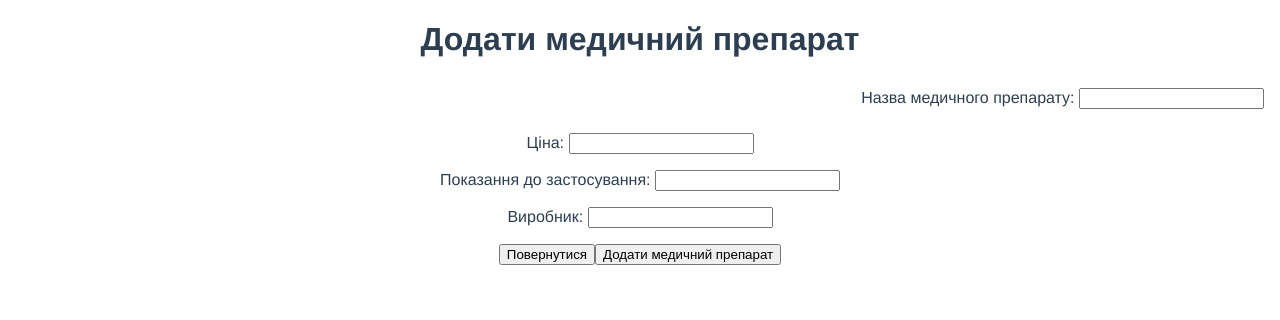
Repository: kristinap8/pharmacy
Page: /add_medicine
The author's editor kept a copy of each file at every save. The page is drawn from the files as they stood at one save, then again after the next save.
The browser window is 1280 px wide. The pictures show the whole page.
The project was rebuilt for these pictures with package versions that can differ from the ones it lists, and the page was loaded fresh each time. Also part of the build but not shown: src/components/EditMedicineForm/index.vue, src/pages/EditMedicine/index.vue, src/components/MedicinesList/MedicineCard/index.vue, src/components/MedicinesList/index.vue, src/pages/AllMedicines/index.vue, src/components/CartForm/index.vue, src/pages/Cart/index.vue.

Above is the page before, as saved 2020-12-09 23:27:31.

After the next save:
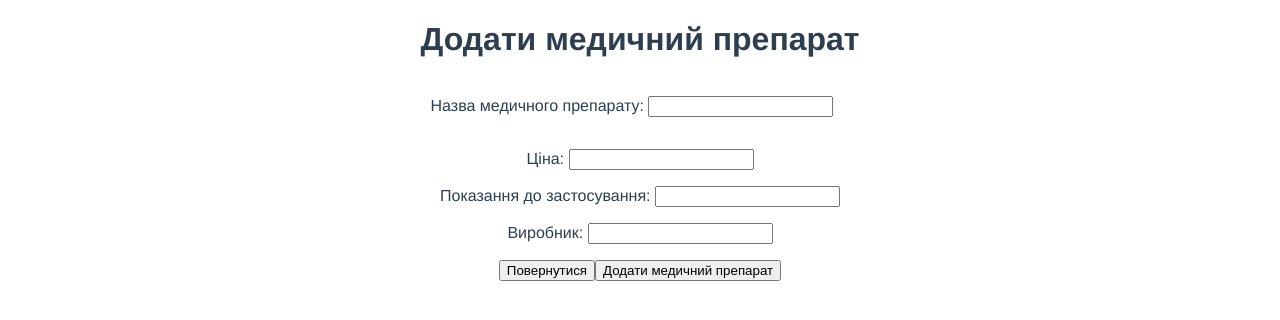
Saved 55 s later.
--- a/src/components/AddMedicineForm/index.vue
+++ b/src/components/AddMedicineForm/index.vue
@@ -72,4 +72,14 @@ import { mapActions } from 'vuex'
   justify-content: flex-end;
   padding: .5em;
 }
+.form-row > label {
+  padding: .5em 1em .5em 0;
+  flex: 1;
+}
+.form-row > input {
+  flex: 2;
+}
+.form-row > input {
+  padding: .5em;
+}
 </style>
